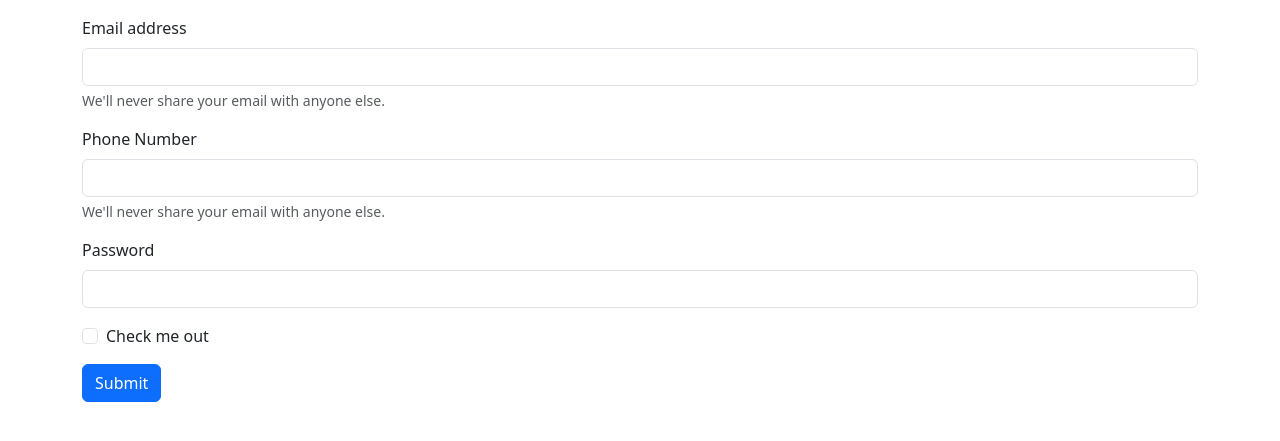
Repository: VictoriousMango/IBM-AI-Track
Page: http://localhost/
An editor plug-in stored every save of this project. The page is shown before and after the next save, followed by the edit.
The browser window is 1280 px wide. The pictures show the whole page.
The page is served by the project's application, run on Flask 3 (app.py).

Above is the page before, as saved 2023-08-30 20:26:19.

After the next save:
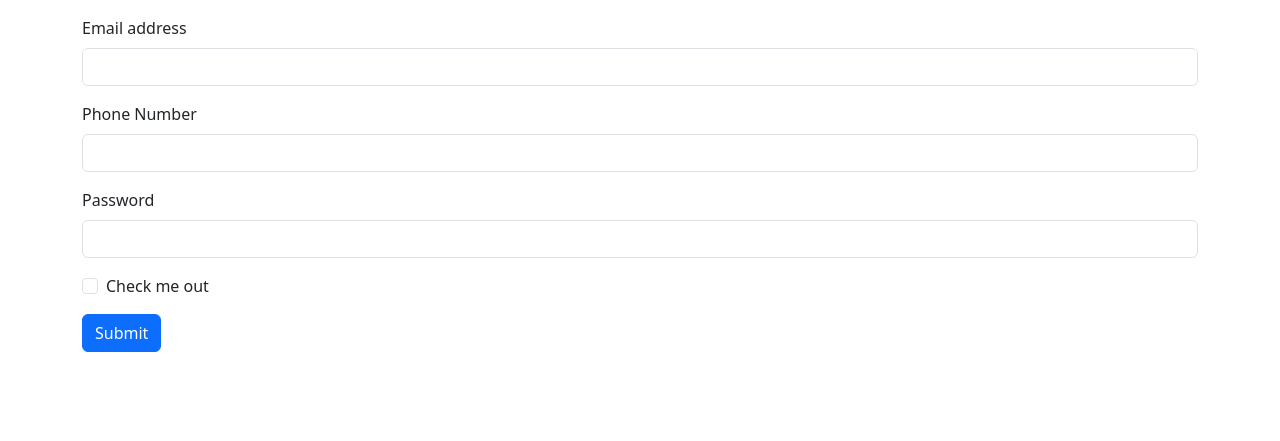
Saved 36 s later.
--- a/templates/email.html
+++ b/templates/email.html
@@ -13,12 +13,12 @@
             <div class="mb-3">
               <label for="email" class="form-label">Email address</label>
               <input type="email" class="form-control" name="email" id="email" aria-describedby="emailHelp">
-              <div id="emailHelp" class="form-text">We'll never share your email with anyone else.</div>
+              <!-- <div id="emailHelp" class="form-text">We'll never share your email with anyone else.</div> -->
             </div>
             <div class="mb-3">
               <label for="email" class="form-label">Phone Number</label>
-              <input type="email" class="form-control" name="email" id="email" aria-describedby="emailHelp">
-              <div id="emailHelp" class="form-text">We'll never share your email with anyone else.</div>
+              <input type="email" class="form-control" name="phoneNumber" id="phoneNumber" aria-describedby="emailHelp">
+              <!-- <div id="emailHelp" class="form-text">We'll never share your email with anyone else.</div> -->
             </div>
             <div class="mb-3">
               <label for="password" class="form-label">Password</label>
